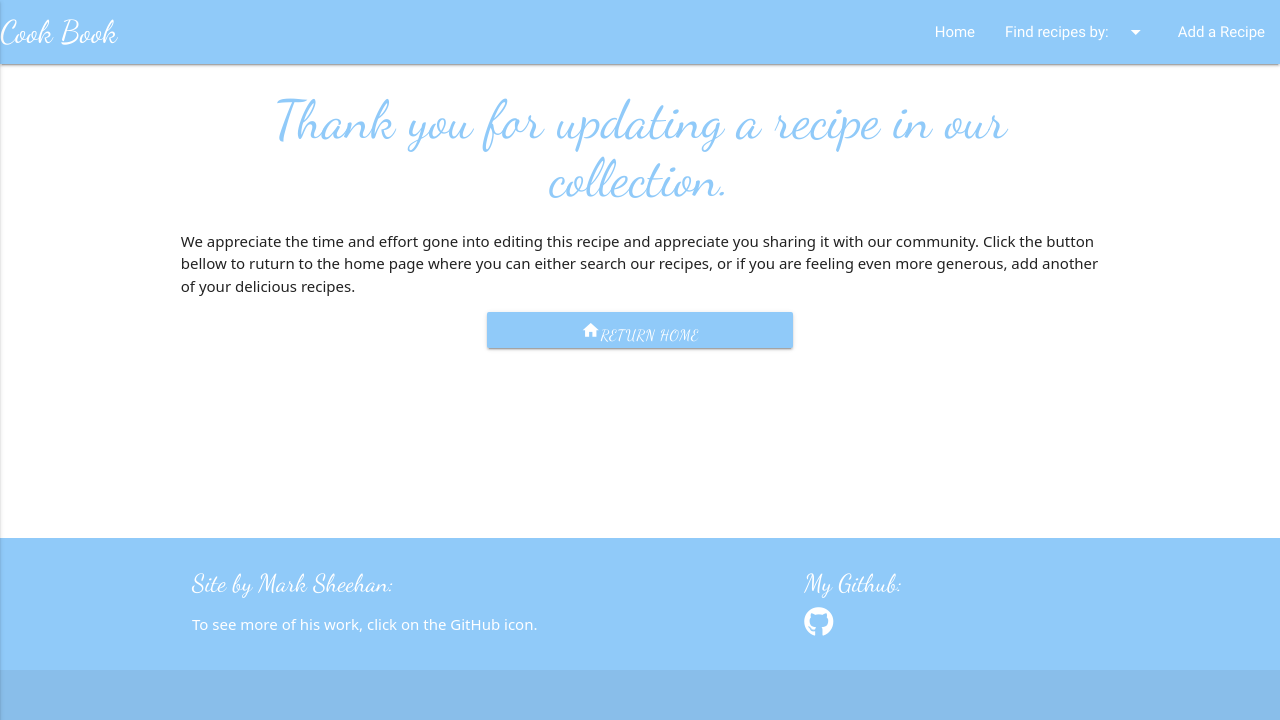
Repository: MarkSheehan72/milestone-project-3
Page: http://localhost/thanks_update
The author's editor kept a record of every edit. The page is drawn from the files as they stood at one moment, then again after the next edit.
The browser window is 1280 px wide. The pictures show the whole page.
Some web libraries are served in a nearby version. The page is served by the project's application, run on Flask 3 (app.py).

Above is the page before.

After the next edit:
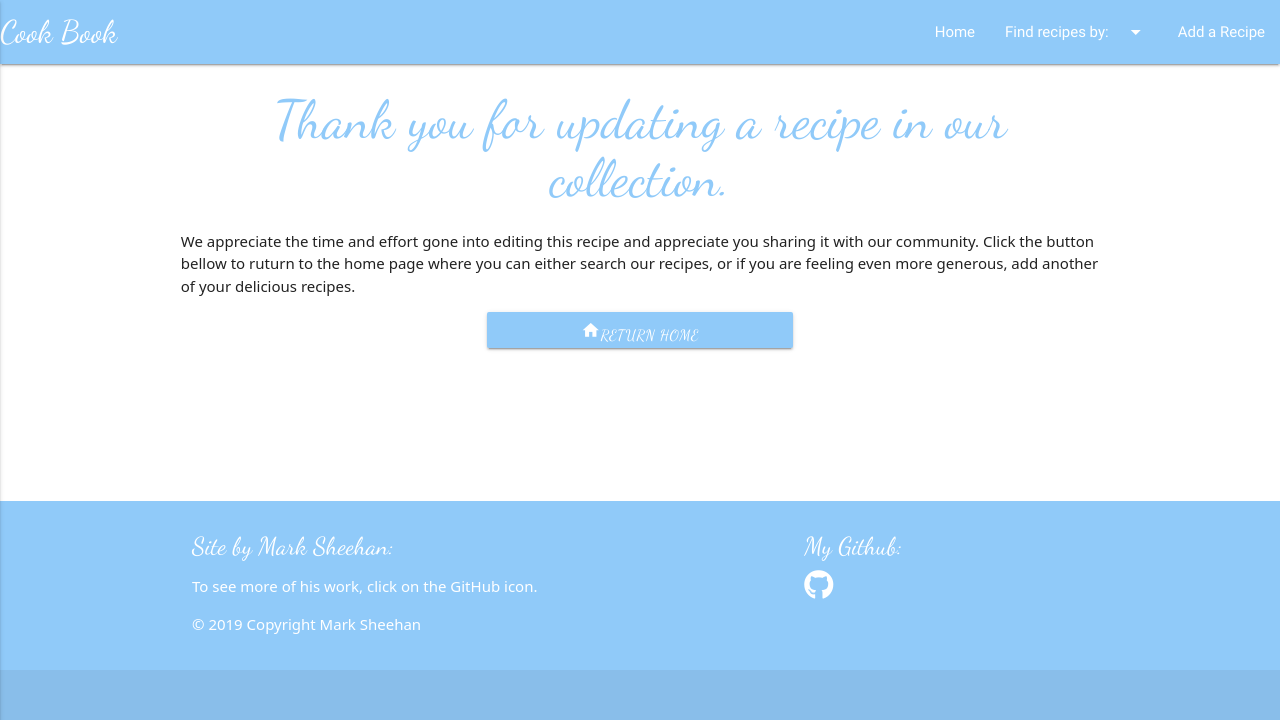
The edit:
--- a/templates/base.html
+++ b/templates/base.html
@@ -61,6 +61,7 @@
                 <div class="col l6 s12">
                     <h5 class="white-text title-font">Site by Mark Sheehan:</h5>
                     <p class="standard-font">To see more of his work, click on the GitHub icon.</p>
+                    <p class="standard-font">© 2019 Copyright Mark Sheehan</p>
                 </div>
                 <div class="col l4 offset-l2 s12">
                     <h5 class="white-text title-font">My Github:</h5>
